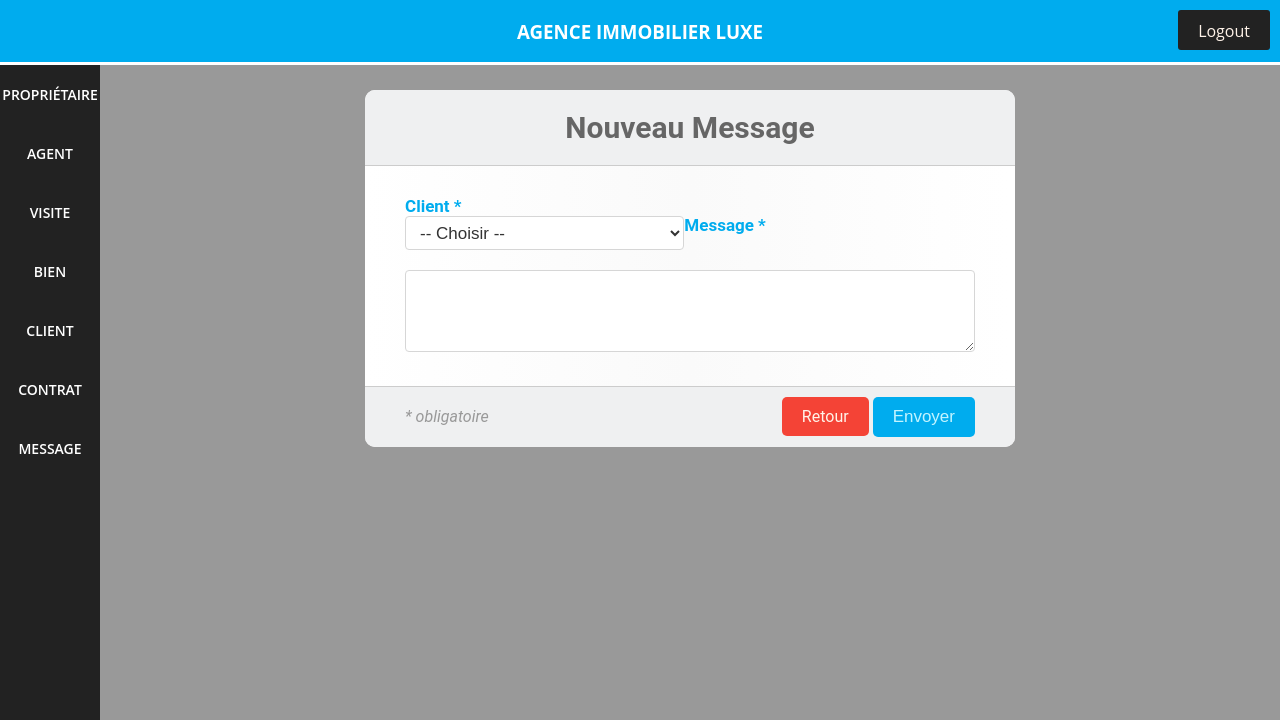
Repository: hassen-mnejja/Real_Estate_Agency_Website
Page: http://localhost/backoffice/WEB-INF/messageecrire.jsp
The author's editor kept a copy of each file at every save. The page is drawn from the files as they stood at one save, then again after the next save.
The browser window is 1280 px wide. The pictures show the whole page.
Some icons come from a web library that is not loaded, so they are not drawn. The page is served by Tomcat 9. Nobody is signed in. The template is opened directly, without the code that normally fills it, so the values that code supplies are empty.

Above is the page before, as saved 2020-06-24 09:41:35.

After the next save:
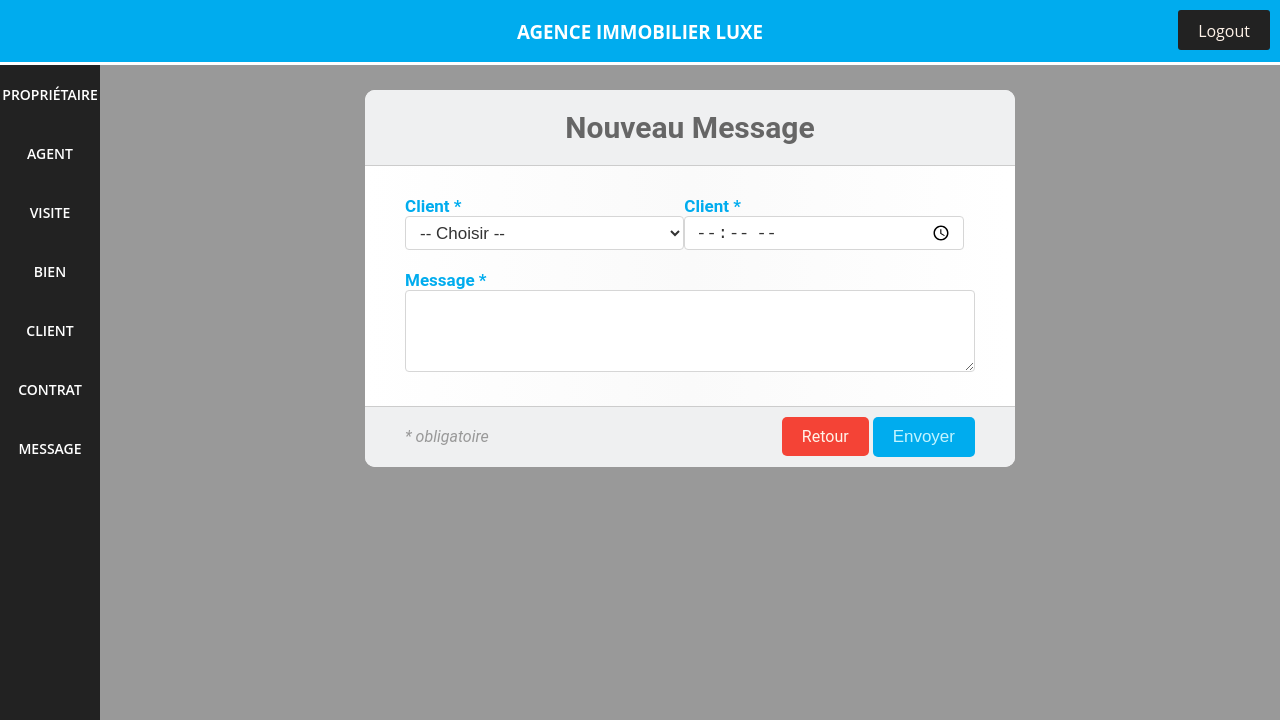
Saved 91 s later.
--- a/backoffice/WebContent/WEB-INF/messageecrire.jsp
+++ b/backoffice/WebContent/WEB-INF/messageecrire.jsp
@@ -51,6 +51,9 @@ a.log {
 							</c:forEach>
 						</select>
 					</div>
+					<div class="form-group left">
+						<label for="nom" class="label-title">Client *</label> <input type="time" id="temps" class="form-input" name="temps" placeholder="Numero"  />
+					</div>
 				</div>
 
 				<!-- Adresse -->
